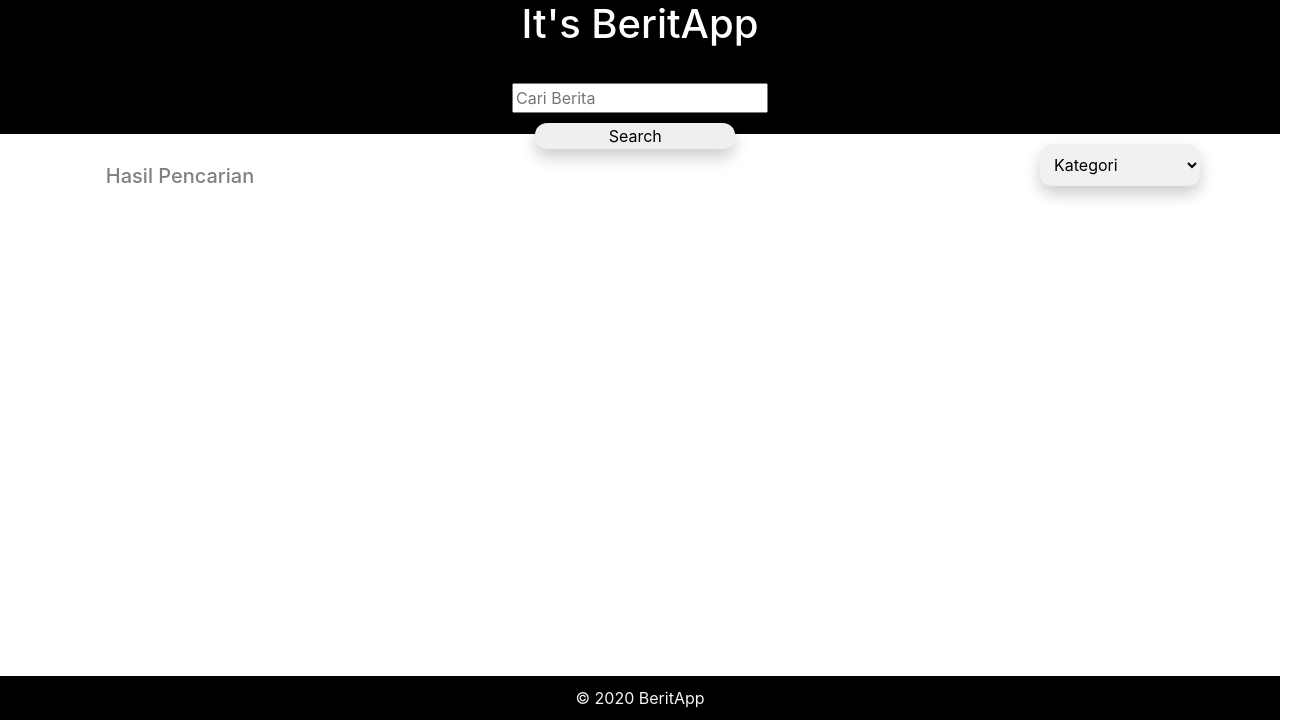
Repository: faalihnst/berita
Page: /
The author's editor kept a copy of each file at every save. The page is drawn from the files as they stood at one save, then again after the next save.
The browser window is 1280 px wide. The page is 1295 px wide, so the pictures cover 1295 px, including what lies to the right of the window. The pictures show the whole page.
The project was rebuilt for these pictures with package versions that can differ from the ones it lists, and the page was loaded fresh each time.

Above is the page before, as saved 2020-06-05 07:54:08.

### src/App.js
import React from 'react';
import './assets/style.css';

import 'bootstrap/dist/css/bootstrap.min.css';
// import { MDBCol, MDBFormInline, MDBIcon } from "mdbreact";

import { BrowserRouter as Router, Route } from "react-router-dom";

import Homepage from "./pages/homepage";
// import Login from "./Pages/login";
// import Skripsi from "./Pages/skripsi";

function App() {

  return (
    <div className="App">
      <Router>
        <Route exact path="/" component={Homepage}></Route>
        {/* <Route exact path="/Login" component={Login}></Route>
        <Route exact path="/Skripsi" component={Skripsi}></Route> */}
      </Router>
    </div>
  );
}

export default App;

### src/assets/style.css
.WebContainer{
  width: 100%;
  height: auto;
}

.container1{
  overflow: hidden;
}

body {
  margin: 0;
  font-family: Roboto, Helvetica, sans-serif;
}

.dropdown{
  align-items: center;
}

  /* Increase the font size of the heading */
.header h1 {
  font-size: 40px;
  color: white;
}

.judul{
  font-weight: bold;
}

.col-md-10{
  margin-left: 80px;
  margin-top: 10px;
  padding: 10px;
  border-bottom: 1.5pt solid #E4DFDA;
}

.col-md-5{
  padding: 5px;
  margin-top: 10px;
  margin-left: 1px;
}

.col-md-2{
  padding: 5px;
  margin-top: 10px;
  margin-left: 15px;
}

.result{
  color: grey;
}

.content{
  margin-top: 80px;
}

h5{
  padding: 20px;
  margin-left: 40px;
}

footer{
  background-color: black;
  color: whitesmoke;
  padding: 10px;
  margin-top: 110px;
  text-align: center;
  position: fixed;
  bottom: 0;
  left: 0;
  width: 100%;
}

form{
  margin-top: 20px;
  transform: translateY(15px);
}






.row{
  margin-top: 10px;
}

.header{
  text-align: center;
  background-color: black;
  align-content: center;
}

.button#search{
  margin-top: 0%;
  margin-left: 42%;
  width: 200px;
  border-radius: 12px;
  border: none;
  box-shadow: 0px 8px 16px 0px rgba(0,0,0,0.2);
  z-index: 1;
}

.grid-container{
  grid-template-columns: auto auto;
}

.column-left{
  float: left;
  width: 25%;
  padding: 10px;
}

.then-right:after{
  display: table;
  clear: both;
}

/*dropdown*/
.dropbtn {
  background-color: #f1f1f1;
  color: black;
  padding: 10px;
  font-size: 16px;
  border: none;
  min-width:160px;
  border-radius: 12px;
  box-shadow: 0px 8px 16px 0px rgba(0,0,0,0.2);
  z-index: 1;
}

.dropdown {
  position: relative;
  display: inline-block;
}

.dropdown-content {
  display: none;
  position: absolute;
  background-color: #f1f1f1;
  min-width: 100px;
  box-shadow: 0px 8px 16px 0px rgba(0,0,0,0.2);
  z-index: 1;
  border-radius: 12px;
  color: black;
  border: none;
}

.dropdown-content option {
  color: black;
  padding: 8px 10px;
  text-decoration: none;
  display: block;
}

/*.dropdown-content a:hover {
  background-color: rgb(38, 38, 63);
  border-radius: 12px;
  color: white;
}*/

.button#search:hover{
  background-color: rgb(38, 38, 63);
  border-radius: 12px;
  color: white;
}
.dropdown:hover .dropdown-content {display: block;}

.dropdown:hover .dropbtn {
  background-color: rgb(38, 38, 63);
  border-radius: 12px;
  color: white;
}

### src/pages/homepage.js
import React, { useState } from "react";

import axios from "axios";
import qs from "qs";

export default function Homepage() {
  //aciganti
  const [value, setValue] = useState({
    news: [],
    title: "",
    date: "",
    link: "",
    category: "",
    author: "",
    abstract: "",
  });

  const getData = async () => {
    const BASE_URL = "http://localhost:3030/berita-app/query";

    const headers = {
      Accept: "application/sparql-results+json,*/*;q=0.9",
      "Content-Type": "application/x-www-form-urlencoded; charset=UTF-8",
    };

    const queryData = {
      query: `PREFIX news:<http://example.co.id/ns/newsdata>
            SELECT DISTINCT ?title ?date ?link ?category ?abstract ?author
            WHERE {
            ?news news:title ?title.
            ?news news:date ?date.
            ?news news:link ?link.
            ?news news:writtenby ?author.
			    	?news news:abstract ?abstract.
            ?news news:category ?category;
            FILTER contains(lcase(str(?category)), lcase(str("${value.category}")))
            FILTER contains(lcase(str(?title)), lcase(str("${value.title}")))
    }`,
    };

    try {
      const { data } = await axios(BASE_URL, {
        method: "POST",
        headers,
        data: qs.stringify(queryData),
      });
      console.log(data);

      // Convert Data
      const formatted_data = data.results.bindings.map((news, index) =>
        formatter(news, index)
      );
      console.log(formatted_data);

      setValue({
        ...value,
        news: formatted_data,
      });
    } catch (err) {
      console.error(err);
    }
  };

  const formatter = (news, index) => {
    return {
      id: index,
      title: news.title.value,
      date: news.date.value,
      link: news.link.value,
      category: news.category.value,
      author: news.author.value,
      abstract: news.abstract.value,
    };
  };

  const titleHandler = (event) => {
    setValue({
      ...value,
      title: event.target.value,
    });
  };

  const categoryHandler = (event) => {
    //handleChangeDate
    setValue({
      ...value,
      category: event.target.value,
    });
  };

  const content = value.news.map((news) => (
    <div className="container">
      <div key={news.id}>
        <div className="col-md-10">
          <div className="title">
            <a href={`${news.link}`}>{news.title}</a>
          </div>
          <div class="row">
            <div class="col-md-3">Preview</div>
            <div class="col-md-3">{news.category}</div>
            <div class="col-md-3">{news.date}</div>
            <div class="col-md-3">{news.author}</div>
          </div>
  <div class="row col-md-8">{news.abstract}</div>
        </div>
      </div>
    </div>
  ));
  // Layout
  return (
    <body>
      <div className="header">
        <h1>It's BeritApp</h1>

        {/* Search Form  */}
        <form>
          <div className="container">
            <div className="row">
              <div className="col">
                <input
                  setValue={value.title}
                  placeholder="Cari Berita"
                  type="text"
                  id="titleBar"
                  onChange={titleHandler}
                />
              </div>
            </div>
          </div>
          <div className="row">
            <input
              type="button"
              className="button col-xs-1 text-center"
              id="search"
              value="Search"
              onClick={getData}
            />
          </div>
        </form>
      </div>

      {/* Hasil Pencarian */}
      <div class="result col-xs-1 text-center">
        <div class="then-right">
          <div class="column-left">
            <h5>Hasil Pencarian</h5>
          </div>
          <div class="column-left"></div>
          <div class="column-left"></div>
          <div class="column-left">
            <div class="dropdown">
              <select
                setValue={value.category}
                className="dropbtn"
                id="category"
                onChange={categoryHandler}
              >
                <option value="">Kategori</option>
                <option value="Kesehatan">Kesehatan</option>
                <option value="Teknologi">Teknologi</option>
                <option value="Sains">Sains</option>
                <option value="Olahraga">Olahraga</option>
                <option value="Otomotif">Ootomotif</option>
                <option value="Ekonomi">Ekonomi</option>
                <option value="Properti">Properti</option>
                <option value="Travel">Travel</option>
                <option value="Politik">Politik</option>
              </select>
            </div>
          </div>
        </div>
      </div>
      <div className="content col-xs-1 text-center">{content}</div>
      {/* Footer */}
      <footer>
        <div className="footer-copyright">&copy; 2020 BeritApp</div>
      </footer>
    </body>
  );
}

Loaded but not shown: public/index.html (common file); src/index.js (common file); src/index.css (common file); src/serviceWorker.js (common file)

After the next save:
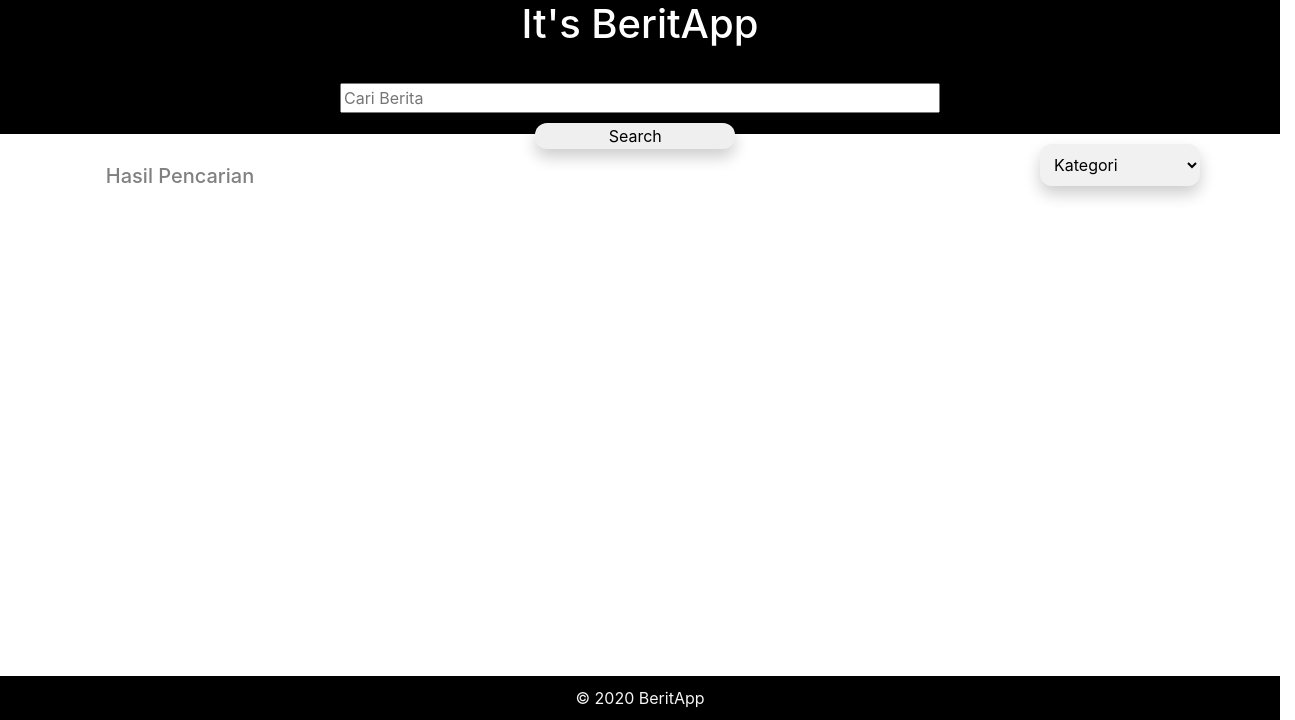
Saved 29 s later.
--- a/src/assets/style.css
+++ b/src/assets/style.css
@@ -75,10 +75,9 @@ form{
   transform: translateY(15px);
 }
 
-
-
-
-
+input#titleBar{
+  width: 600px;
+}
 
 .row{
   margin-top: 10px;
